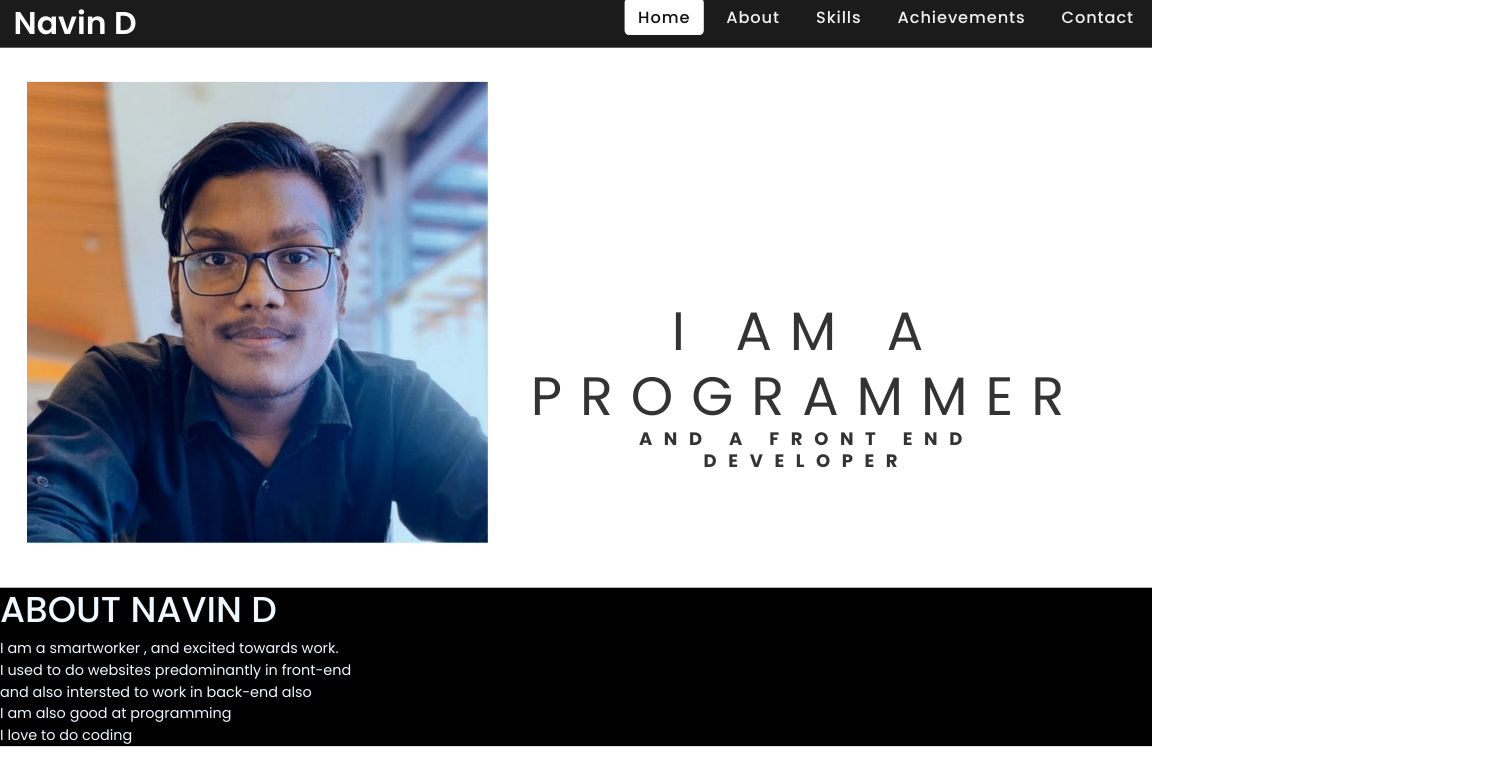
Repository: NavinDayanithi/OIBSIP
Page: Portfolio/index.html
The author's editor kept a copy of each file at every save. The page is drawn from the files as they stood at one save, then again after the next save.
The browser window is 1280 px wide. The page is 1280 px wide, then 1664 px, then 1280 px, so the pictures cover 1664 px, including what lies to the right of the window. The pictures show the whole page, at 90% of full size.

Above is the page before, as saved 2023-02-20 18:50:35.
Console error: TypeError: Cannot read properties of undefined (reading 'fn')

### Portfolio/index.html
<!DOCTYPE html>
<!-- Created By CodingNepal -->
<html lang="en" dir="ltr">
   <head>

      <meta charset="utf-8">
      <title>Navin's Portfolio</title>
      <script src="https://cdnjs.cloudflare.com/ajax/libs/OwlCarousel2/2.3.4/owl.carousel.min.js"></script>
      <script type="text/javascript" src="script.js"></script>
      <link rel="stylesheet" href="style.css">
      <link rel="stylesheet" href="https://cdnjs.cloudflare.com/ajax/libs/font-awesome/5.15.3/css/all.min.css"/>
      <meta name="viewport" content="width=device-width, initial-scale=1.0">
      <link href="https://cdn.jsdelivr.net/npm/bootstrap@5.3.0-alpha1/dist/css/bootstrap.min.css" rel="stylesheet" integrity="sha384-GLhlTQ8iRABdZLl6O3oVMWSktQOp6b7In1Zl3/Jr59b6EGGoI1aFkw7cmDA6j6gD" crossorigin="anonymous">
   </head>
   <body>
      <nav>
         <div class="logo">
            Navin D
         </div>
         <input type="checkbox" id="click">
         <label for="click" class="menu-btn">
         <i class="fas fa-bars"></i>
         </label>
         <ul>
            <li><a class="active" href="#">Home</a></li>
            <li><a href="#about">About</a></li>
            <li><a href="#skills">Skills</a></li>
            <li><a href="#">Achievements</a></li>
            <li><a href="#">Contact</a></li>
         </ul>
      </nav>
      <div >
        <img src="navinppimg.jpeg"  class="img1" alt="navinimg">
      </div>
      <div class="text-box">
        <h1 class="heading-primary">
         <span class="heading-primary-main">I am a Programmer</span>
          <span class="heading-primary-sub">and a front end developer</span>
         </h1>
   </div>
   <section class="about" id="about">
      <!-- <img class="about-img" src="https://embetronicx.com/wp-content/uploads/2017/08/background.jpg"  class="img1" alt="navinimg"> -->
      <div class="about-text">
          <h1>ABOUT NAVIN D</h1>
         <p>  I am a smartworker , and excited towards work.<br/>
             I used to do websites predominantly in front-end <br/>
             and also intersted to work in back-end also<br/>
             I am also good at programming <br/>
             I love to do coding<br/>
      </p>
      </div>

    </body>
</section>
       </body>
</html>

### Portfolio/style.css
@import url('https://fonts.googleapis.com/css?family=Poppins:400,500,600,700&display=swap');
*{
  margin: 0;
  padding: 0;
  box-sizing: border-box;
  font-family: 'Poppins', sans-serif;
}
nav{
  display: flex;
  height: 100%;
  width: 100%;
  background: #1b1b1b;
  align-items: center;
  justify-content: space-between;
  /* padding: 0 50px 0 50px; */
  /* flex-wrap: wrap; */
}
nav .logo{
  color: #fff;
  font-size: 35px;
  font-weight: 600;
  margin-left: 15px;
}
nav ul{
  display: flex;
  flex-wrap: wrap;
  list-style: none;
}
nav ul li{
  margin: 0 5px;
}
nav ul li a{
  color: #f2f2f2;
  text-decoration: none;
  font-size: 18px;
  font-weight: 500;
  padding: 8px 15px;
  border-radius: 5px;
  letter-spacing: 1px;
  transition: all 0.3s ease;
}
nav ul li a.active,
nav ul li a:hover{
  color: #111;
  background: #fff;
}
nav .menu-btn i{
  color: #fff;
  font-size: 22px;
  cursor: pointer;
  display: none;
}
input[type="checkbox"]{
  display: none;
}
@media (max-width: 1000px){
  nav{
    padding: 0 40px 0 50px;
  }
}
@media (max-width: 920px) {
  nav .menu-btn i{
    display: block;
  }
  #click:checked ~ .menu-btn i:before{
    content: "\f00d";
  }
  nav ul{
    position: fixed;
    top: 80px;
    left: -100%;
    background: #111;
    height: 100vh;
    width: 100%;
    text-align: center;
    display: block;
    transition: all 0.3s ease;
  }
  #click:checked ~ ul{
    left: 0;
  }
  nav ul li{
    width: 100%;
    margin: 40px 0;
  }
  nav ul li a{
    width: 100%;
    margin-left: -100%;
    display: block;
    font-size: 20px;
    transition: 0.6s cubic-bezier(0.68, -0.55, 0.265, 1.55);
  }
  #click:checked ~ ul li a{
    margin-left: 0px;
  }
  nav ul li a.active,
  nav ul li a:hover{
    background: none;
    color: cyan;
  }
}
.content{
  position: absolute;
  top: 50%;
  left: 50%;
  transform: translate(-50%, -50%);
  text-align: center;
  z-index: -1;
  width: 100%;
  padding: 0 30px;
  color: #1b1b1b;
}
.content div{
  font-size: 40px;
  font-weight: 700;
}

.text-box {
    position: absolute;
    top: 60%;
    left: 70%;
    transform: translate(-50%, -50%);
    text-align:center;
  }

  .heading-primary {
      color:#333;
      text-transform: uppercase;
  }

  .heading-primary-main {
      display: block;
      font-size: 60px;
      font-weight: 400;
      letter-spacing: 20px;
     /*  Animation decalaration   */
      animation-name: moveInleft;
      animation-duration: 3s;
  }

  .heading-primary-sub {
      display: block;
      font-size: 20px;
      font-weight: 700;
      letter-spacing: 12.9px;

      animation-name: moveInRight;
      animation-duration: 3s;
  }

  @keyframes moveInleft {
      0% {
          opacity: 0;
          transform: translateX(-100px);
      }

      80% {
          transform: translateX(10px);
      }
      100% {
          opacity: 1;
          transform: translate(0);
      }
  }

  @keyframes moveInRight {
      0% {
          opacity: 0;
          transform: translateX(100px);
      }

      80% {
          transform: translateX(-10px);
      }

      100% {
          opacity: 1;
          transform: translate(0);
      }

  }
  .img1{
    margin-left: 30px;
     margin-top: 3%;
    display: block;
    height:40%;
    width:40%;


  }
  .a{
    float: left;
    /* display: inline; */
    width: 50%;


  }
  .b{
    /* display: inline; */
    float:right;
    width: 50%;
    margin-left: 50px;


  }
   .about{
    background-color: black;
    height: 100%;
    width: 100%;
    color: aliceblue;
    margin-top: 50px;

  }
  .about.p{
    text-align: center;
  }
/* .about-text{
    position: absolute;
    margin-top: 50px;
    margin-left: 30%;
    width: 100%;
    height: auto;
    justify-content: center;

   background-color: #1b1b1b;
    color:white;
} */

Loaded but not shown: Portfolio/script.js (common file)

After the next save:
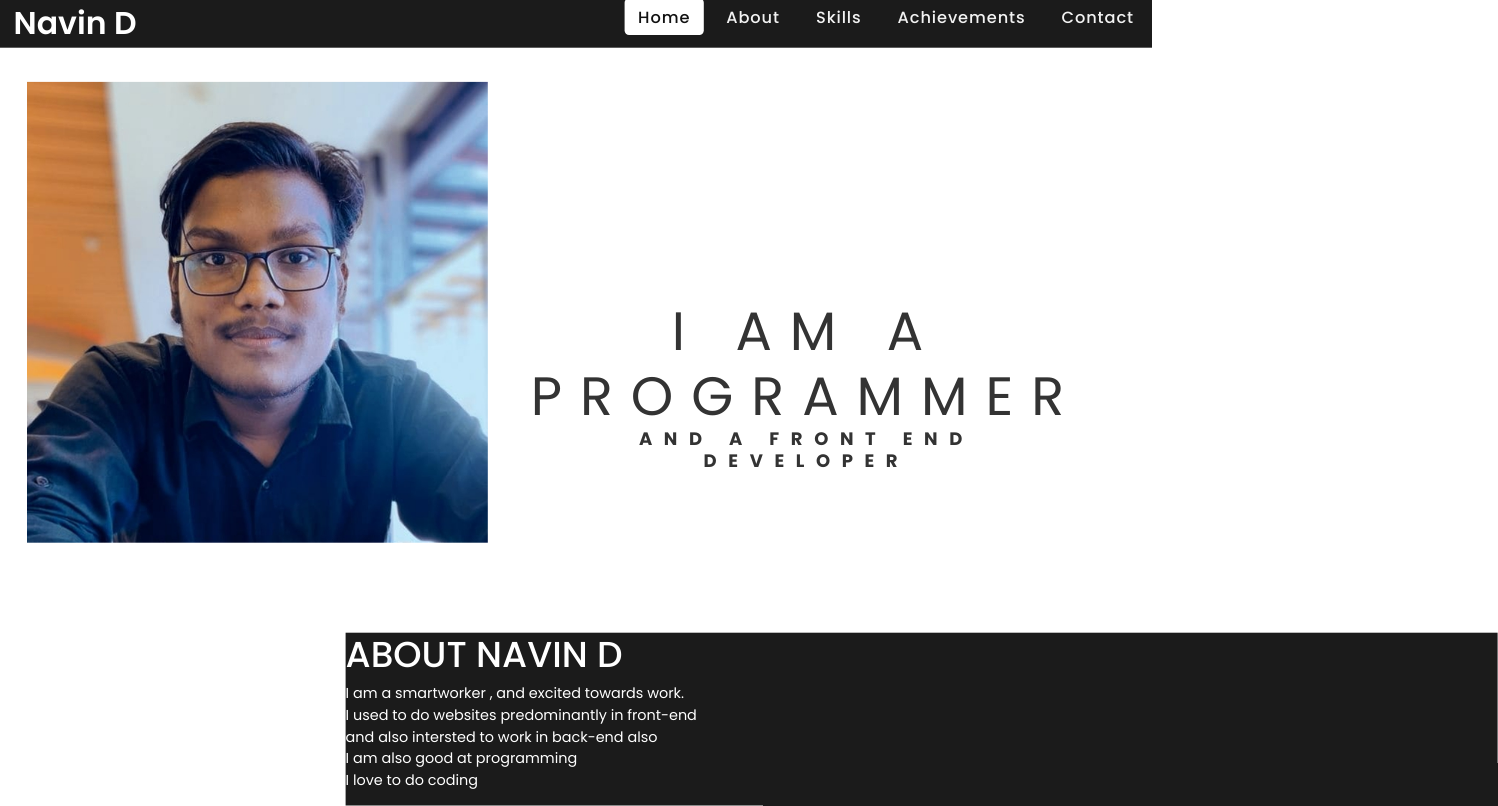
Saved 85 s later.
--- a/Portfolio/style.css
+++ b/Portfolio/style.css
@@ -214,7 +214,7 @@
   .about.p{
     text-align: center;
   }
-/* .about-text{
+ .about-text{
     position: absolute;
     margin-top: 50px;
     margin-left: 30%;

After the 5 saves that followed:
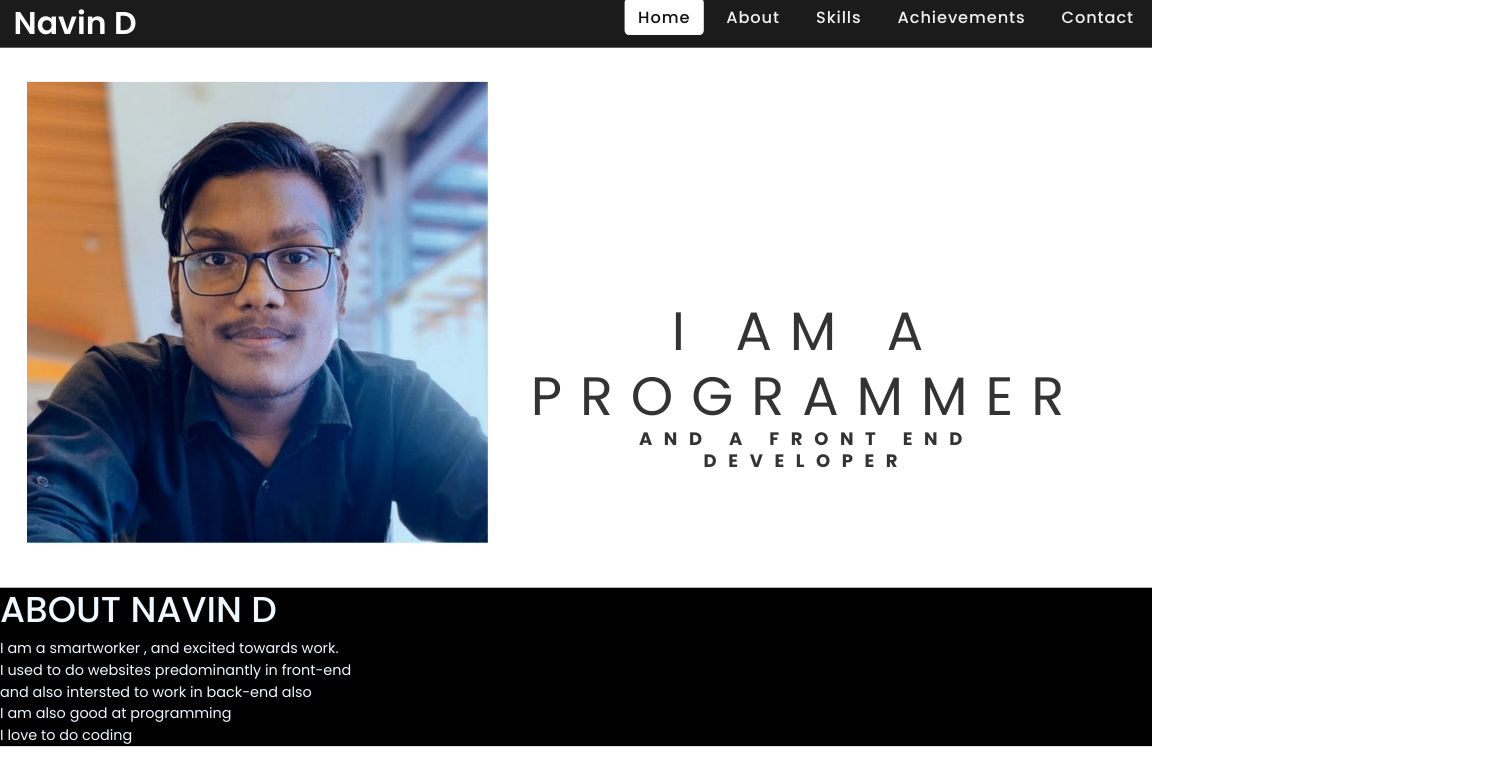
The 5 saves are shown as one change because they came seconds apart.
The last was saved 19 s later.
--- a/Portfolio/style.css
+++ b/Portfolio/style.css
@@ -211,17 +211,7 @@
     margin-top: 50px;
 
   }
-  .about.p{
-    text-align: center;
-  }
+
  .about-text{
-    position: absolute;
-    margin-top: 50px;
-    margin-left: 30%;
-    width: 100%;
-    height: auto;
-    justify-content: center;
-
-   background-color: #1b1b1b;
-    color:white;
-} */
+
+}
